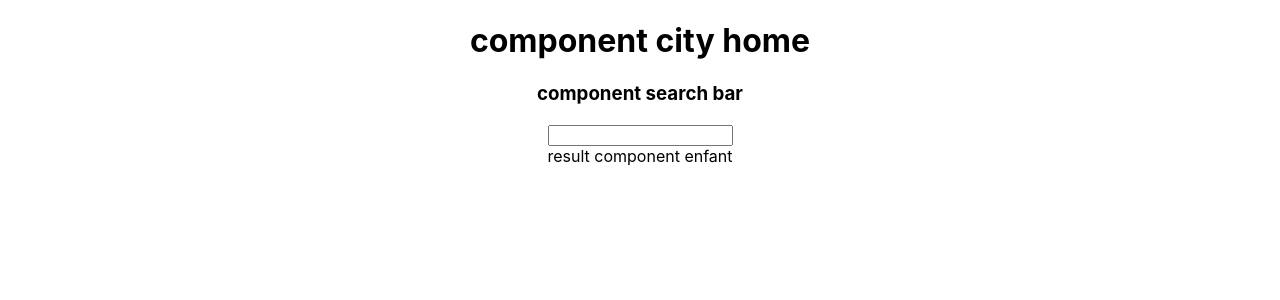
Repository: julieLyM/app-weather
Page: / (app in client/)
The author's editor kept a copy of each file at every save. The page is drawn from the files as they stood at one save, then again after a run of saves.
The browser window is 1280 px wide. The pictures show the whole page.
The project was rebuilt for these pictures with package versions that can differ from the ones it lists, and the page was loaded fresh each time.

Above is the page before, as saved 2020-08-28 10:31:33.

After the next 2 saves:
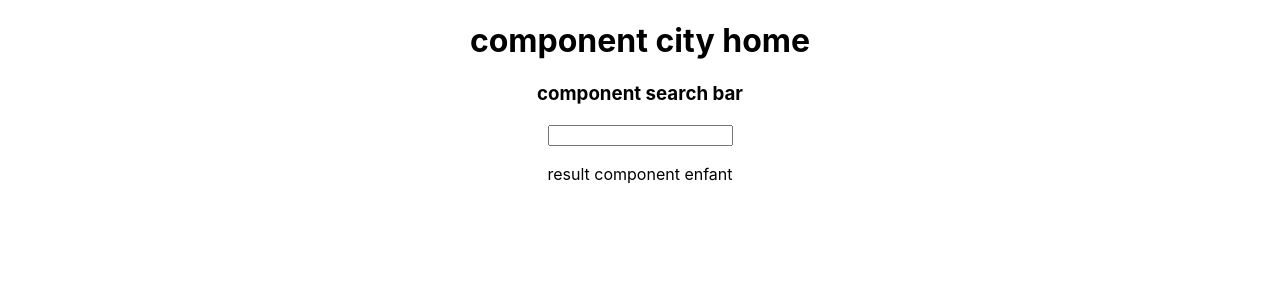
The 2 saves are shown as one change because they came seconds apart.
The last was saved 6 s later.
--- a/client/src/components/Results.js
+++ b/client/src/components/Results.js
@@ -1,7 +1,7 @@
 import React from 'react';
 
 export const Results = ({ resultCity, city }) => {
-  return <div>result component enfant
+  return <div><h3></h3>result component enfant
 
     <p></p>
   </div>;
